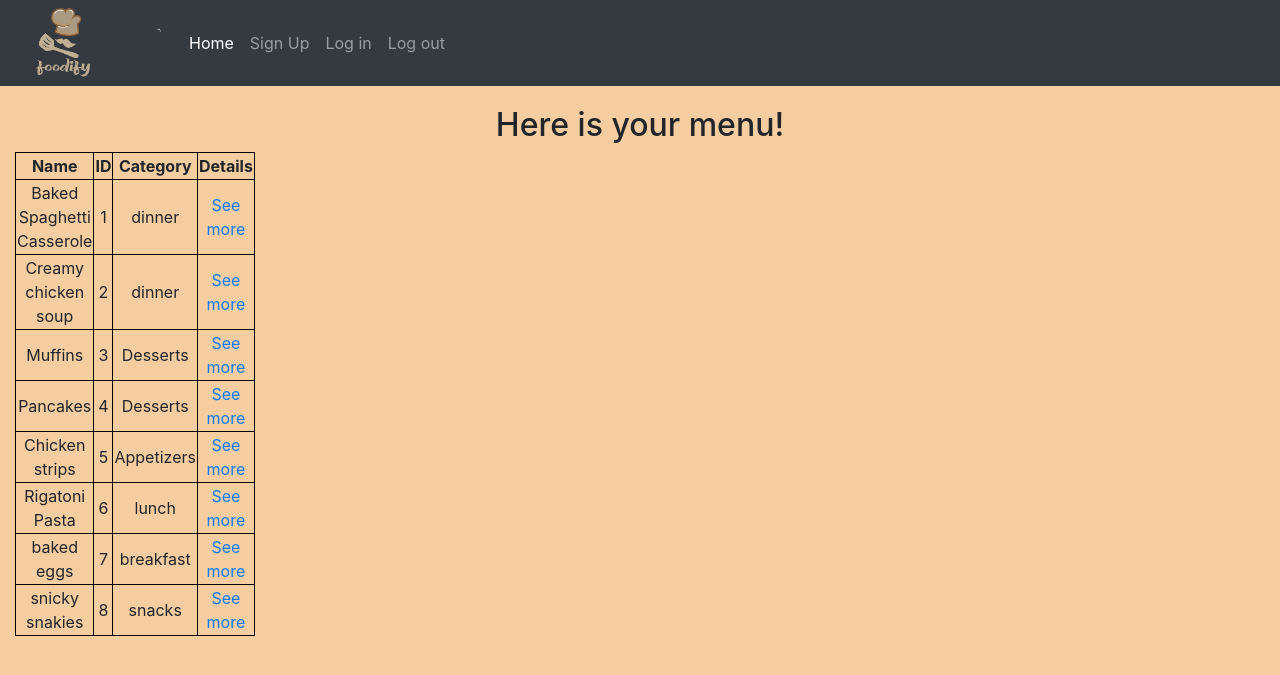
Repository: RanaHisham18/Foodify-Web-App
Page: Project IA raghda/usermenu.html
The author's editor kept a copy of each file at every save. The page is drawn from the files as they stood at one save, then again after a run of saves.
The browser window is 1280 px wide. The pictures show the whole page.

Above is the page before, as saved 2022-01-06 18:34:46.

After the next 3 saves:
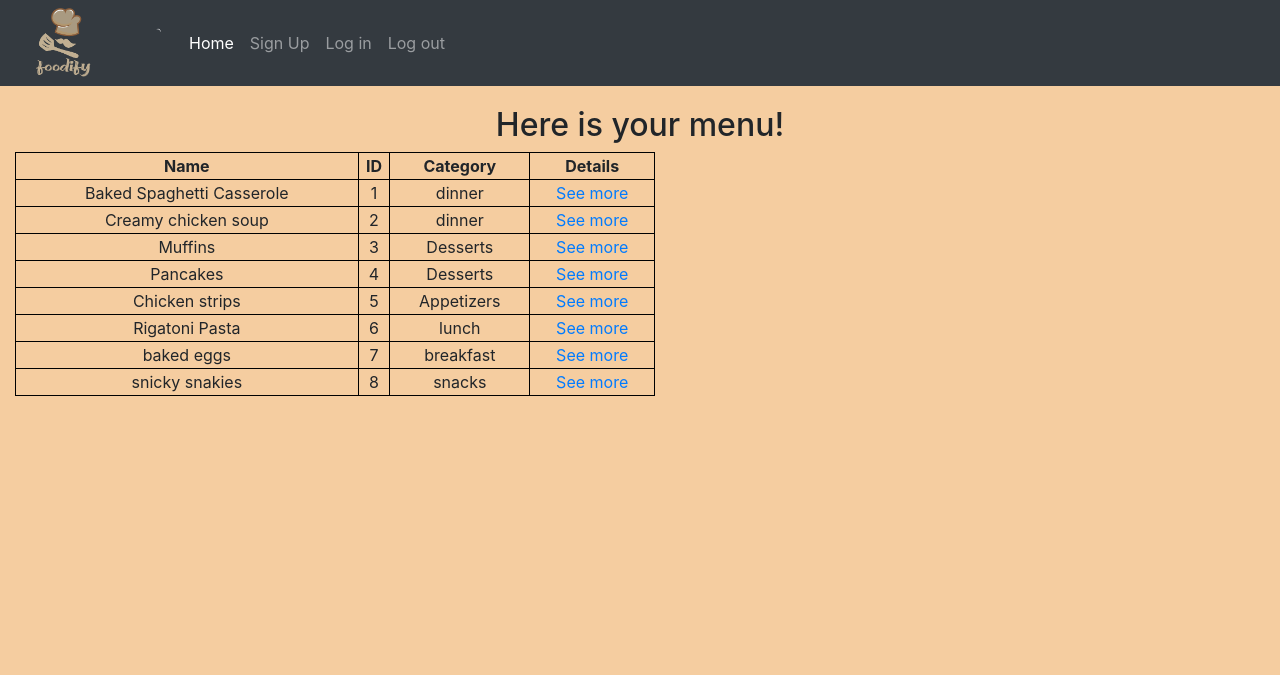
The 3 saves are shown as one change because they came seconds apart.
The last was saved 12 s later.
--- a/Project IA raghda/usermenu.css
+++ b/Project IA raghda/usermenu.css
@@ -21,7 +21,7 @@ table, th, td {
   }
 
   .usermenu{
-      width: 60px;
+      width: 50%;
       text-align:center;
       margin-left: 15px;
       margin-right: 15px;
